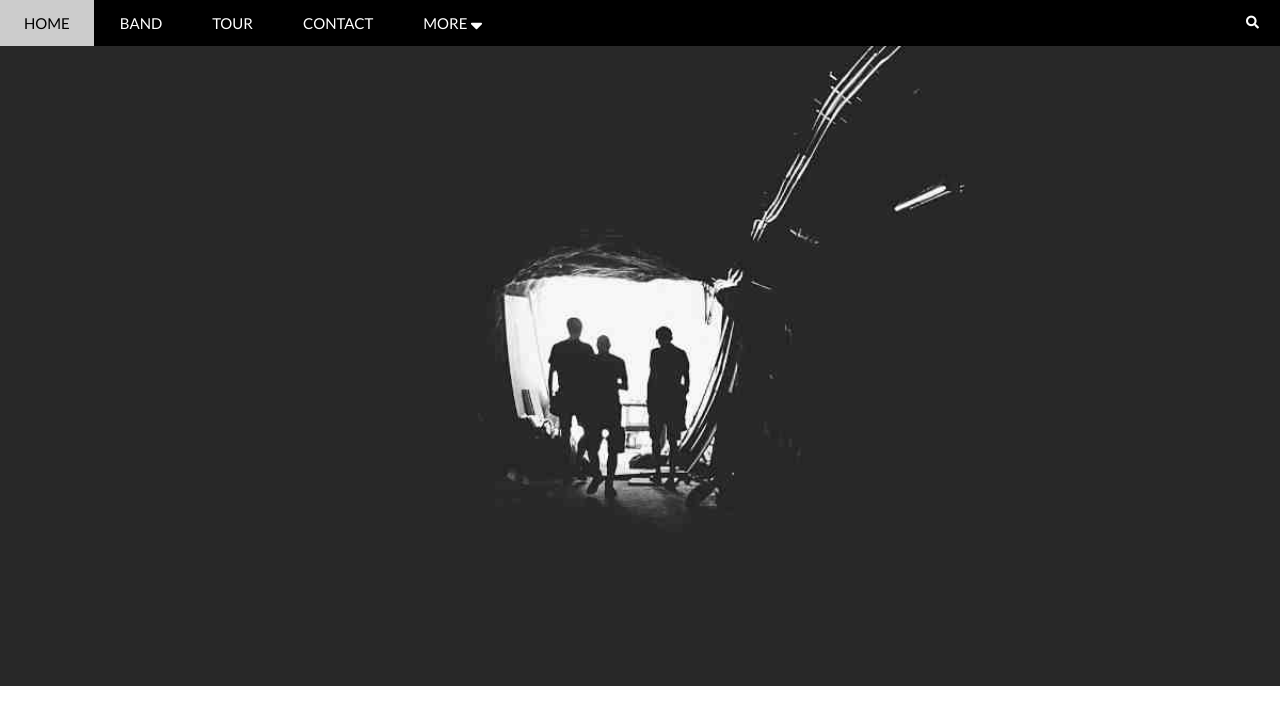
Repository: nguyenthaicong265/w3-band
Page: index.html
These files come from the project's save history. The page is drawn as it stood at one moment and after the next save; the edit follows.
The browser window is 1280 px wide. The pictures show the whole page.

Above is the page before, as saved 2021-12-28 16:03:46.

### index.html
<!DOCTYPE html>
<html lang="en">
<head>
    <meta charset="UTF-8">
    <meta http-equiv="X-UA-Compatible" content="IE=edge">
    <meta name="viewport" content="width=device-width, initial-scale=1.0">
    <title>Document</title>
    <link rel="stylesheet" href="./assets/css/styles.css">
    <link rel="stylesheet" href="https://fonts.googleapis.com/css?family=Lato">
    <link rel="stylesheet" href="./assets/font/themify-icons-font/themify-icons/themify-icons.css">
    <link rel="stylesheet" href="./assets/font/fontawesome-free-5.15.4-web/css/all.css">
</head>
<body>
    <div id="main">
        <div id="header">
            <ul id="nav">
                <li><a href="">Home</a></li>
                <li><a href="">Band</a></li>
                <li><a href="">Tour</a></li>
                <li><a href="">Contact</a></li>
                <li>
                    <a href="#">
                        More
                        <i class="fas fa-sort-down"></i>
                    </a>
                    <ul class="subnav">
                        <li><a href="#">Merchandise</a></li>
                        <li><a href="#">Extras</a></li>
                        <li><a href="#">Media</a></li>
                    </ul>
                </li>
            </ul>
            <div class="search-button">
                <i class="fas fa-search"></i>
            </div>
        </div>

        <div id="slider">

        </div>

        <div id="content">

        </div>

        <div id="footer">

        </div>
    </div>
</body>
</html>

### assets/css/styles.css
/* Reset CSS */
* {
    padding: 0;
    margin: 0;
    box-sizing: border-box;
}

html {
    font-family: "Lato", sans-serif;
    font-size: 62.5%;
}

#main {

}

#header {
    position: fixed;
    top: 0;
    left: 0;
    right: 0;
    height: 46.5px;
    background-color: #000000;

}

#header .search-button {
    float: right;
    padding: 0 21px;
}

#header .search-button:hover {
    cursor: pointer;
    background-color: #f44336!important;
}

#header .fa-search {
    color: #ffffff;
    font-size: 13px;
    line-height: 46px;
}

#nav, .subnav {
    display: inline-block;
    list-style-type: none;
}

#nav > li {
    display: inline-block;
}

#nav li {
    position: relative;
}

#nav > li > a {
    color: #ffffff;
    text-transform: uppercase;
}

#nav li a {
    text-decoration: none;
    line-height: 46.5px;
    padding: 0px 24px;
    font-size: 1.5rem;
    display: block;
}

#nav .fa-sort-down {
    font-size: 20px;
}

#nav li:hover .subnav {
    display: block;

}

#nav > li:hover > a,
#nav .subnav li:hover a {
    color: #000 !important;
    background-color: #ccc !important;
}

#nav .subnav {
    display: none;
    position: absolute;
    min-width: 160px;
    top: 46.5px;
    background-color: #ffffff;
    box-shadow: 0 0 10px rgba(0, 0, 0, 0.3);
}

#nav .subnav a {
    color: #000;
    padding: 0 12px;
    line-height: 38px;
}

#slider {
    position: relative;
    margin-top: 46px;
    padding-top: 50%;
    background: url(/assets/img/slider/slider1.jpg) top center / cover no-repeat;
}

#content {

}

#footer {

}

Loaded but not shown: assets/font/themify-icons-font/themify-icons/themify-icons.css (common file); assets/font/fontawesome-free-5.15.4-web/css/all.css (library)

After the next save:
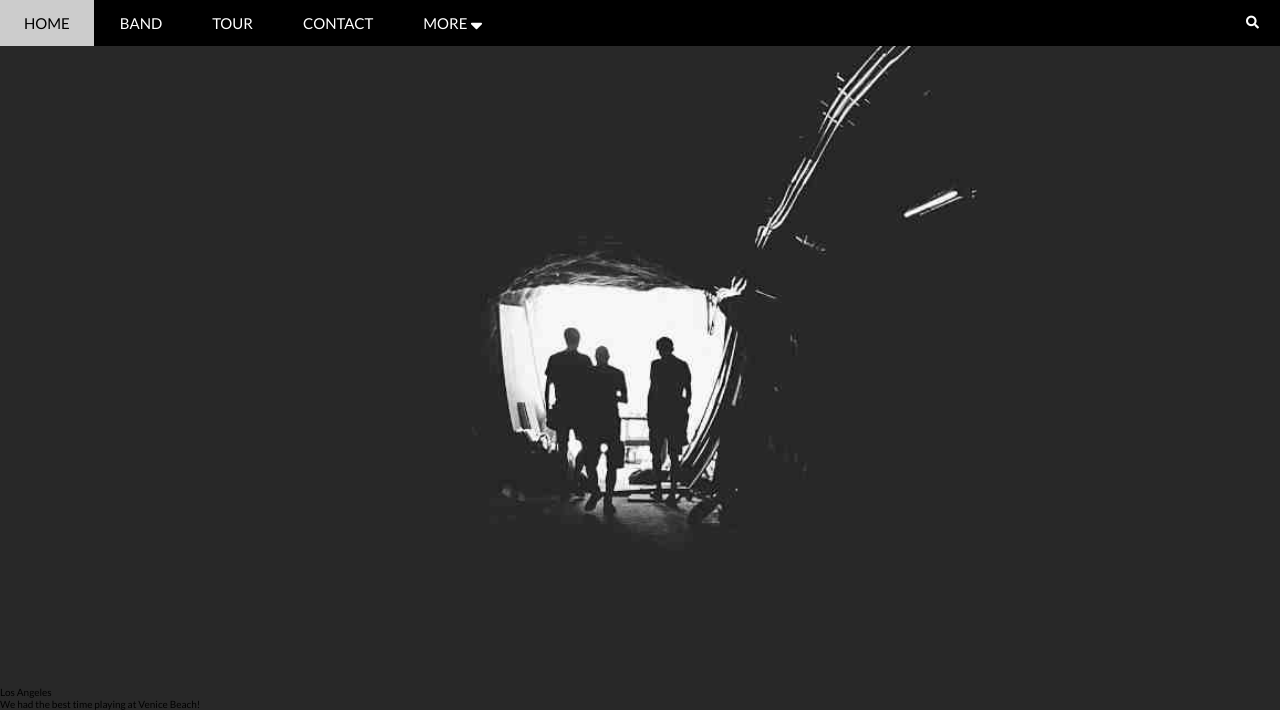
Saved 2 min 1 s later.
--- a/index.html
+++ b/index.html
@@ -36,7 +36,12 @@
         </div>
 
         <div id="slider">
-
+            <div class="text-content">
+                <div class="text-head">Los Angeles
+                </div>
+                <div class="text-description">We had the best time playing at Venice Beach!
+                </div>
+            </div>
         </div>
 
         <div id="content">
